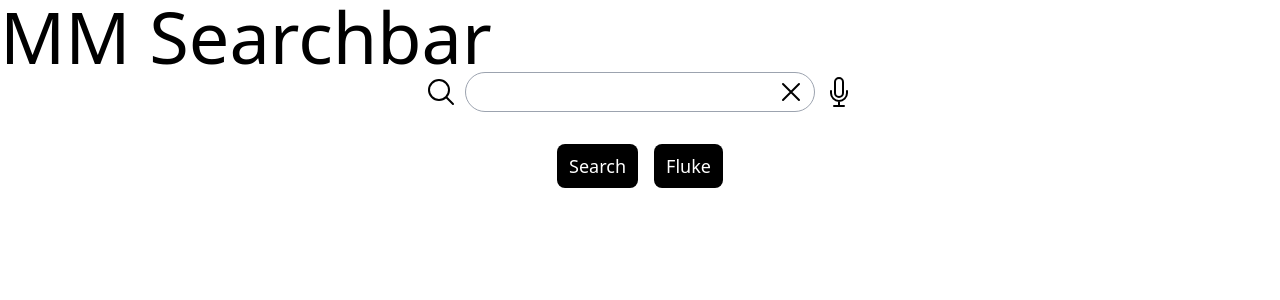
Repository: michalmilek/minigoogle
Page: /search
An editor plug-in stored every save of this project. The page is shown before and after the next save, followed by the edit.
The browser window is 1280 px wide. The pictures show the whole page.
The project was rebuilt for these pictures with package versions that can differ from the ones it lists, and the page was loaded fresh each time. The framework's server and built-in components were replaced by stand-ins that run in the browser. Also part of the build but not shown: next.config.js.

Above is the page before, as saved 2023-02-13 15:20:10.

### pages/_app.tsx
import '@/styles/globals.css'
import type { AppProps } from 'next/app'
import { SessionProvider } from "next-auth/react";

export default function App({ Component, pageProps }: AppProps) {
  return (
    <SessionProvider
      // Provider options are not required but can be useful in situations where
      // you have a short session maxAge time. Shown here with default values.
      session={pageProps.session}>
      <Component {...pageProps} />
    </SessionProvider>
  );
}

### pages/search.tsx
import SearchHeader from "@/components/SearchHeader";
import Head from "next/head";
import { useRouter } from "next/router";
import React, { MutableRefObject, useRef } from "react";
import {
  MagnifyingGlassIcon,
  MicrophoneIcon,
  XMarkIcon,
} from "@heroicons/react/24/outline";
import { clear } from "console";

const search = () => {
  const router = useRouter();
  const inputSearchRef = useRef<HTMLInputElement>(null);

  const clearInput = () => {
    inputSearchRef.current!.value = "";
  };
  return (
    <div className="flex flex-col">
      <Head>
        <title>Search Page</title>
      </Head>

      <SearchHeader />
    </div>
  );
};

export default search;

### components/SearchHeader.tsx
import React, { useRef } from "react";
import {
  MagnifyingGlassIcon,
  MicrophoneIcon,
  XMarkIcon,
} from "@heroicons/react/24/outline";
import { useRouter } from "next/router";

const SearchHeader = () => {
  const router = useRouter();
  const inputSearchRef = useRef<HTMLInputElement>(null);

  const clearInput = () => {
    inputSearchRef.current!.value = "";
  };
  return (
    <header className="sticky top-0 bg-white">
      <div>
        <h1 className="text-3xl md:text-7xl">MM Searchbar</h1>
      </div>
      <form className="flex flex-col items-center justify-center">
        <div className="flex flex-grow flex-shrink gap-2 items-center justify-center">
          <button type="submit">
            <MagnifyingGlassIcon className="h-8 cursor-pointer" />
          </button>
          <div className="relative flex justify-center items-center w-[90%] md:w-[350px]">
            <input
              type="text"
              defaultValue={router.query.term}
              ref={inputSearchRef}
              className="border transition-all outline-none ring-0 focus:drop-shadow-2xl  text-base w-[100%] h-[100%] px-4 py-2 border-gray-400 rounded-full"
            />
            <XMarkIcon
              onClick={() => clearInput()}
              className="cursor-pointer h-8 absolute top-[50%] right-2 translate-y-[-50%]"
            />
          </div>
          <MicrophoneIcon className="h-8 cursor-pointer" />
        </div>
        <div className="flex flex-col md:flex-row mt-8 gap-4 md:text-lg">
          <button className="bg-black hover:scale-110 transition-all text-white px-3 py-2 rounded-lg">
            Search
          </button>
          <button className="bg-black hover:scale-110 transition-all text-white px-3 py-2 rounded-lg">
            Fluke
          </button>
        </div>
      </form>
    </header>
  );
};

export default SearchHeader;

Loaded but not shown: pages/_document.tsx (common file); styles/globals.css (common file); tailwind.config.js (common file)

After the next save:
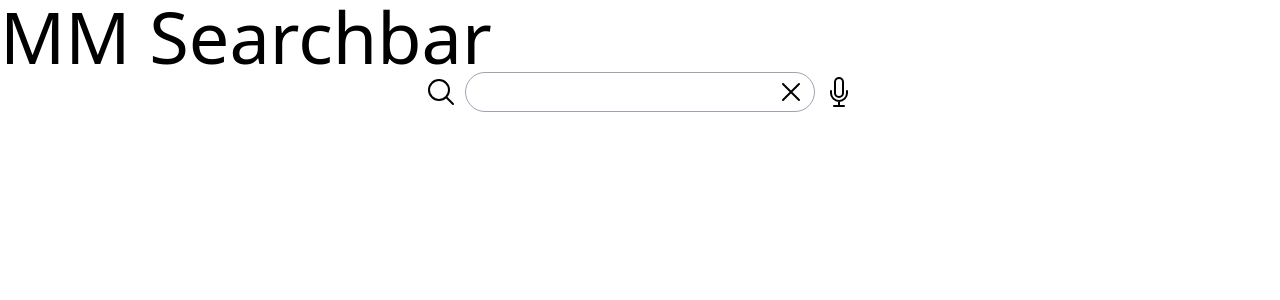
Saved 15 s later.
--- a/components/SearchHeader.tsx
+++ b/components/SearchHeader.tsx
@@ -37,14 +37,6 @@
           </div>
           <MicrophoneIcon className="h-8 cursor-pointer" />
         </div>
-        <div className="flex flex-col md:flex-row mt-8 gap-4 md:text-lg">
-          <button className="bg-black hover:scale-110 transition-all text-white px-3 py-2 rounded-lg">
-            Search
-          </button>
-          <button className="bg-black hover:scale-110 transition-all text-white px-3 py-2 rounded-lg">
-            Fluke
-          </button>
-        </div>
       </form>
     </header>
   );
